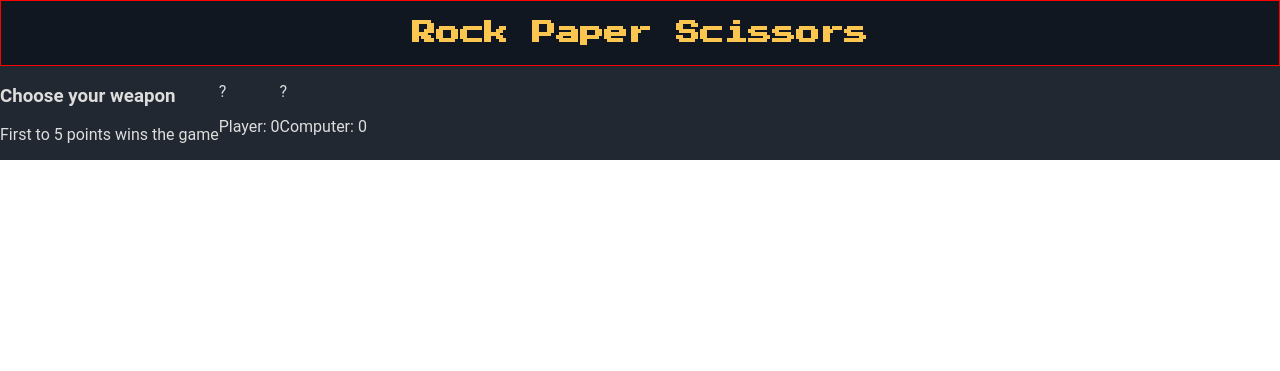
Repository: Aaryan-Poria/Rock-Paper-Scissors
Page: index.html
An editor plug-in stored every save of this project. The page is shown before and after the next save, followed by the edit.
The browser window is 1280 px wide. The pictures show the whole page.

Above is the page before, as saved 2023-08-21 21:33:36.

### index.html
<!DOCTYPE html>
<html lang="en">
  <head>
    <meta charset="UTF-8" />
    <meta name="viewport" content="width=device-width, initial-scale=1.0" />
    <title>Rock Paper Scissors</title>
    <link rel="preconnect" href="https://fonts.googleapis.com" />
    <link rel="preconnect" href="https://fonts.gstatic.com" crossorigin />
    <link
      href="https://fonts.googleapis.com/css2?family=Press+Start+2P&display=swap"
      rel="stylesheet"
    />
    <link rel="stylesheet" href="style.css" />
  </head>

  <body>
    <section class="head">
      <h2>Rock Paper Scissors</h2>
    </section>
    <section class="main">
      <div class="main-text">
        <h3>Choose your weapon</h3>
        <p>First to 5 points wins the game</p>
      </div>
      <div class="player-text">
        <p class="qmark 1">?</p>
        <p class="score 1">Player: 0</p>
      </div>
      <div class="comp-text">
        <p class="qmark 2">?</p>
        <p class="score 2">Computer: 0</p>
      </div>
    </section>
  </body>
</html>

### style.css
body {
  margin: 0;
  padding: 0;
  display: flex;
  flex-direction: column;
}
.head {
  display: flex;
  justify-content: center;
  align-items: center;
  border: 1px solid red;
  color: #fac650;
  background-color: #111720;
  font-family: "Press Start 2P", cursive;
}
.main {
  display: flex;
  /* flex-direction: column; */
  background-color: #222831;
  color: #dddddd;
  font-family: "Roboto", sans-serif;
}

After the next save:
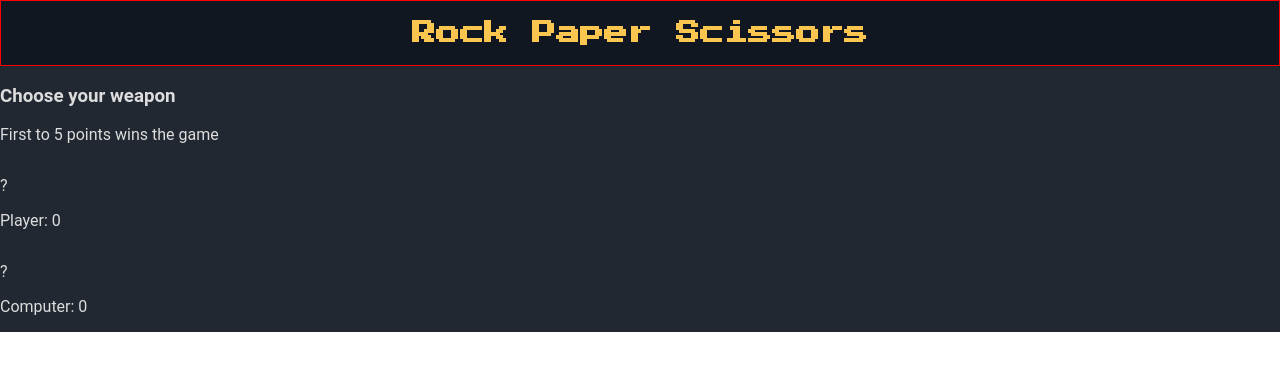
Saved 9 s later.
--- a/style.css
+++ b/style.css
@@ -15,7 +15,7 @@ body {
 }
 .main {
   display: flex;
-  /* flex-direction: column; */
+  flex-direction: column;
   background-color: #222831;
   color: #dddddd;
   font-family: "Roboto", sans-serif;
